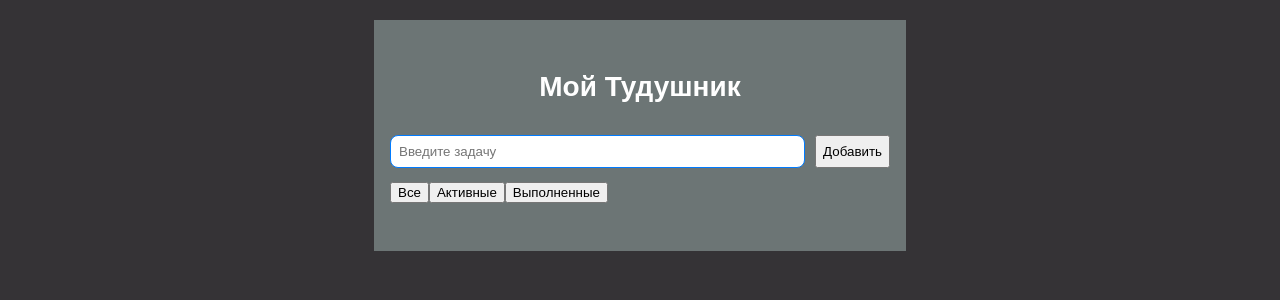
Repository: AlekCawka/-todo-project
Page: /
The author's editor kept a copy of each file at every save. The page is drawn from the files as they stood at one save, then again after the next save.
The browser window is 1280 px wide. The pictures show the whole page.
The project was rebuilt for these pictures with package versions that can differ from the ones it lists, and the page was loaded fresh each time. Also part of the build but not shown: vite.config.js.

Above is the page before, as saved 2025-08-06 22:05:48.

After the next save:
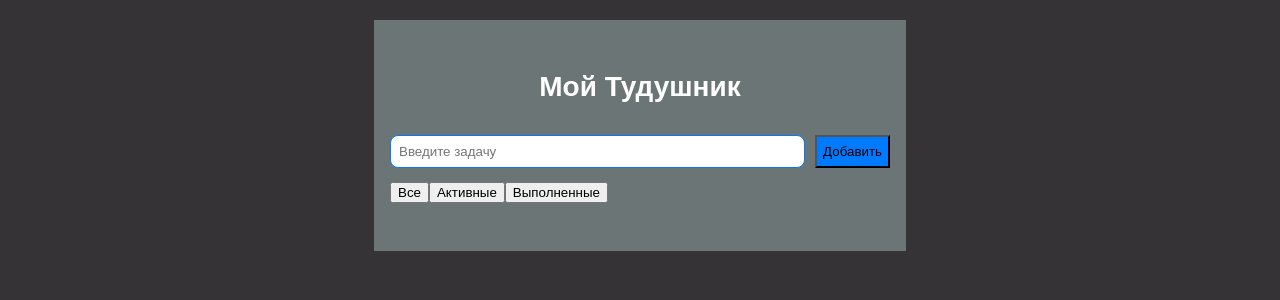
Saved 23 s later.
--- a/src/App.css
+++ b/src/App.css
@@ -32,15 +32,11 @@ body {
     border: 1px solid #007bff;
 }
 
-/*
-.form input {
-    flex: 1;
-    padding: 8px;
-    border: 1px solid #007bff;
-    border-radius: 7px;
-
+.form button {
+    background-color: #007bff;
 }
 
+/*
 .form button {
     background-color: #007bff;
     color: white;
